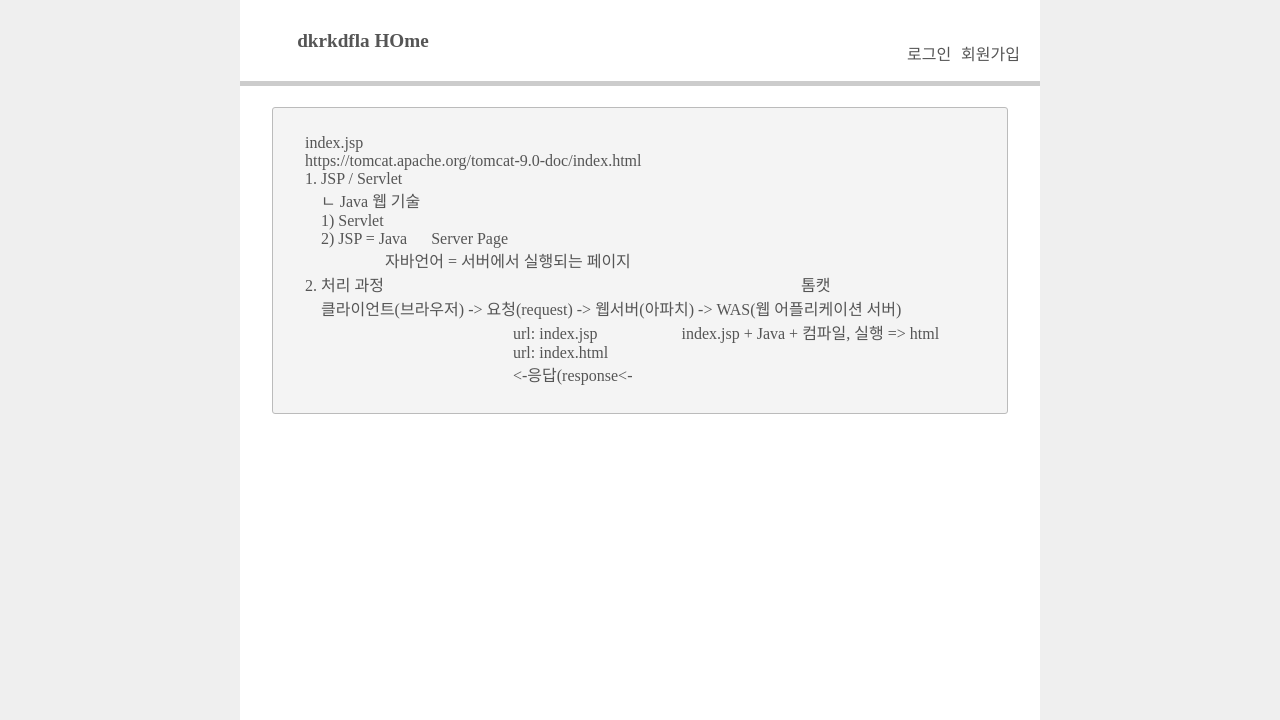
Repository: Dusajang/JSPClass
Page: http://localhost/jspPro/index.jsp
An editor plug-in stored every save of this project. The page is shown before and after the next save, followed by the edit.
The browser window is 1280 px wide. The pictures show the whole page.
Some web fonts or font styles are not loaded; a fallback is used. The page is served by Tomcat 9.

Above is the page before, as saved 2024-10-15 01:39:59.

After the next save:
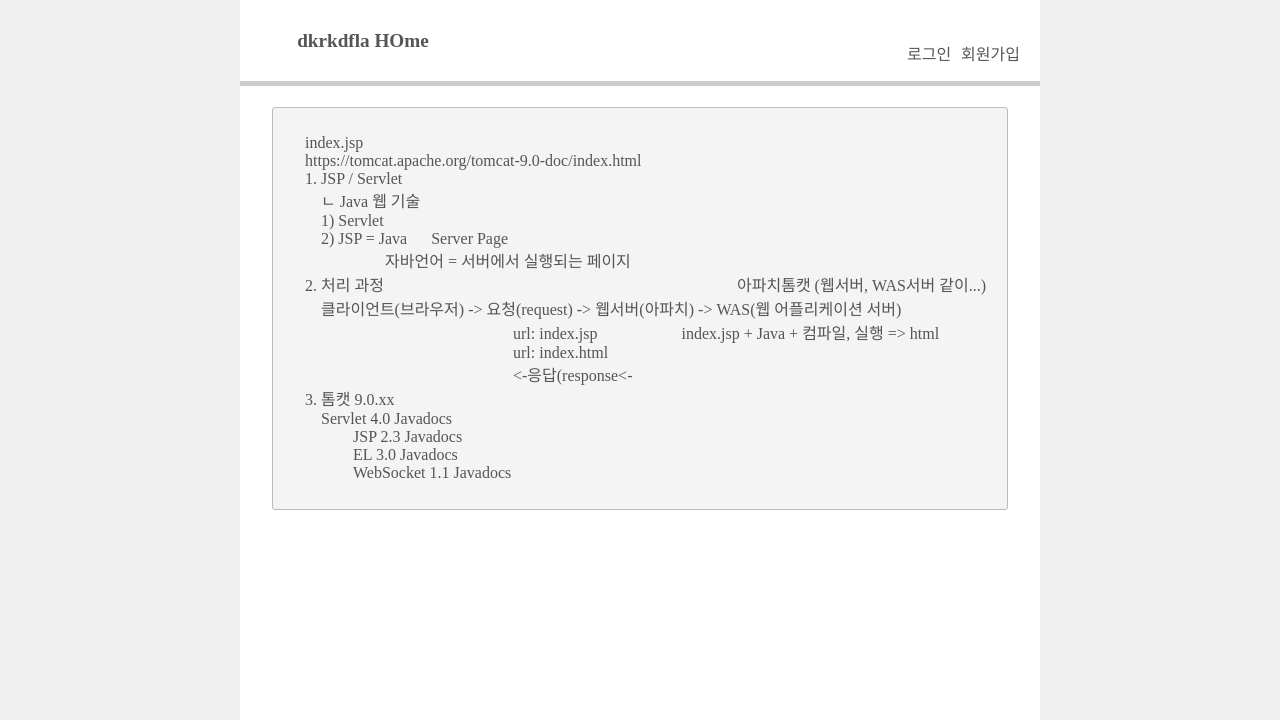
Saved 9 min 8 s later.
--- a/jspPro/src/main/webapp/index.jsp
+++ b/jspPro/src/main/webapp/index.jsp
@@ -33,11 +33,16 @@
     	1) Servlet
     	2) JSP = Java      Server Page
     			자바언어 = 서버에서 실행되는 페이지
-    2. 처리 과정													톰캣
+    2. 처리 과정											아파치톰캣 (웹서버, WAS서버 같이...)
     	클라이언트(브라우저) -> 요청(request) -> 웹서버(아파치) -> WAS(웹 어플리케이션 서버)
     							url: index.jsp                     index.jsp + Java + 컴파일, 실행 => html
     							url: index.html
     							<-응답(response<-
+    3. 톰캣 9.0.xx
+    	Servlet 4.0 Javadocs
+		JSP 2.3 Javadocs
+		EL 3.0 Javadocs
+		WebSocket 1.1 Javadocs
   </xmp>
 </div>
 </body>
